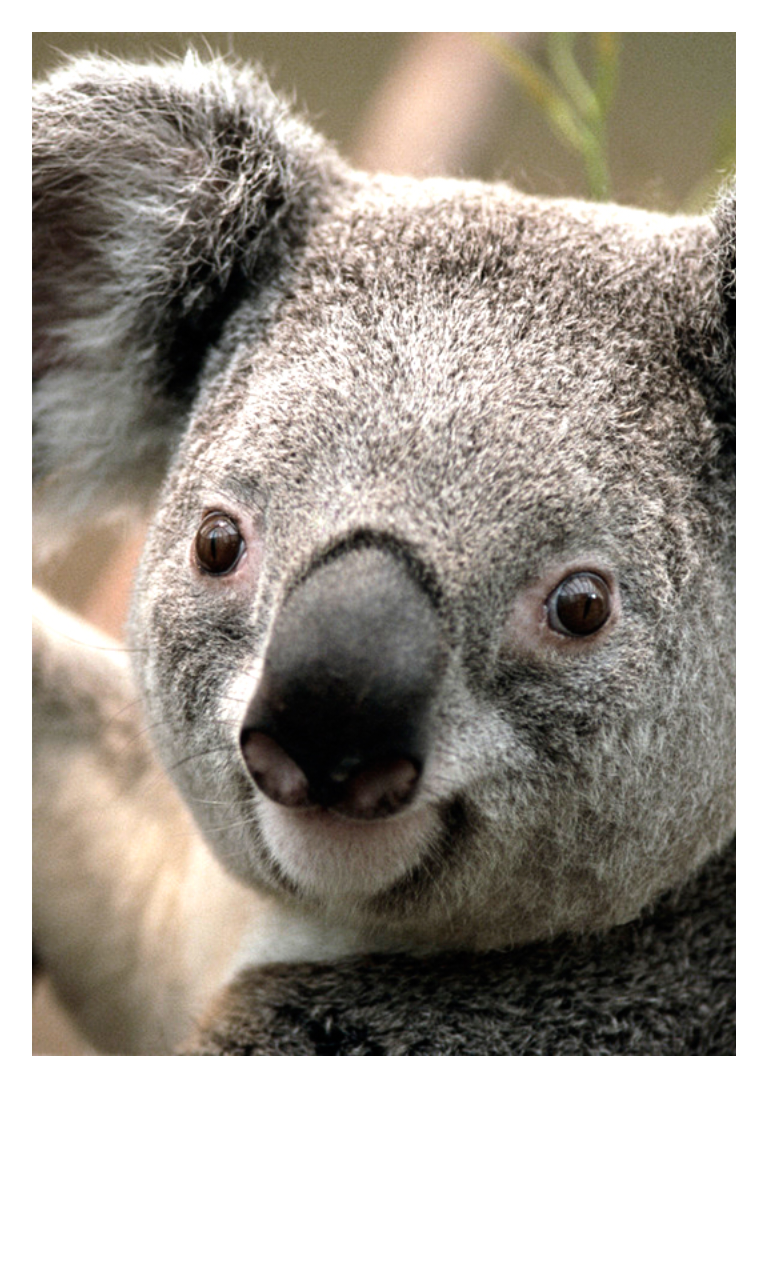
Repository: PunkAndroid/Android
Layout: android_baseimageview/res/layout/fragment_main.xml
An editor plug-in stored every save of this project. The layout is shown before and after the next save, followed by the edit.
It is drawn on a 768 x 1280 px phone screen (xhdpi) without system bars, with theme AppTheme; the app's code is not run.

Above is the layout before, as saved 2014-09-24 01:13:13.

### android_baseimageview/res/layout/fragment_main.xml
<RelativeLayout xmlns:android="http://schemas.android.com/apk/res/android"
    xmlns:tools="http://schemas.android.com/tools"
    android:layout_width="match_parent"
    android:layout_height="match_parent"
    android:paddingBottom="@dimen/activity_vertical_margin"
    android:paddingLeft="@dimen/activity_horizontal_margin"
    android:paddingRight="@dimen/activity_horizontal_margin"
    android:paddingTop="@dimen/activity_vertical_margin"
    tools:context="com.example.android_baseimageview.MainActivity$PlaceholderFragment" >

    <TextView
        android:layout_width="wrap_content"
        android:layout_height="wrap_content"
        android:text="scaleType: center 未缩放，放在imageview中心" />

    <ImageView
        android:id="@+id/imageview"
        android:layout_width="wrap_content"
        android:layout_height="wrap_content"
        android:background="#F00"
        android:src="@drawable/koala"
        android:scaleType="center"></ImageView>

</RelativeLayout>

Loaded but not shown: android_baseimageview/res/values/styles.xml (common file); android_baseimageview/res/values-v11/styles.xml (common file); android_baseimageview/res/values-v14/styles.xml (common file); android_baseimageview/res/values/dimens.xml (common file); android_baseimageview/res/values-w820dp/dimens.xml (common file)

After the next save:
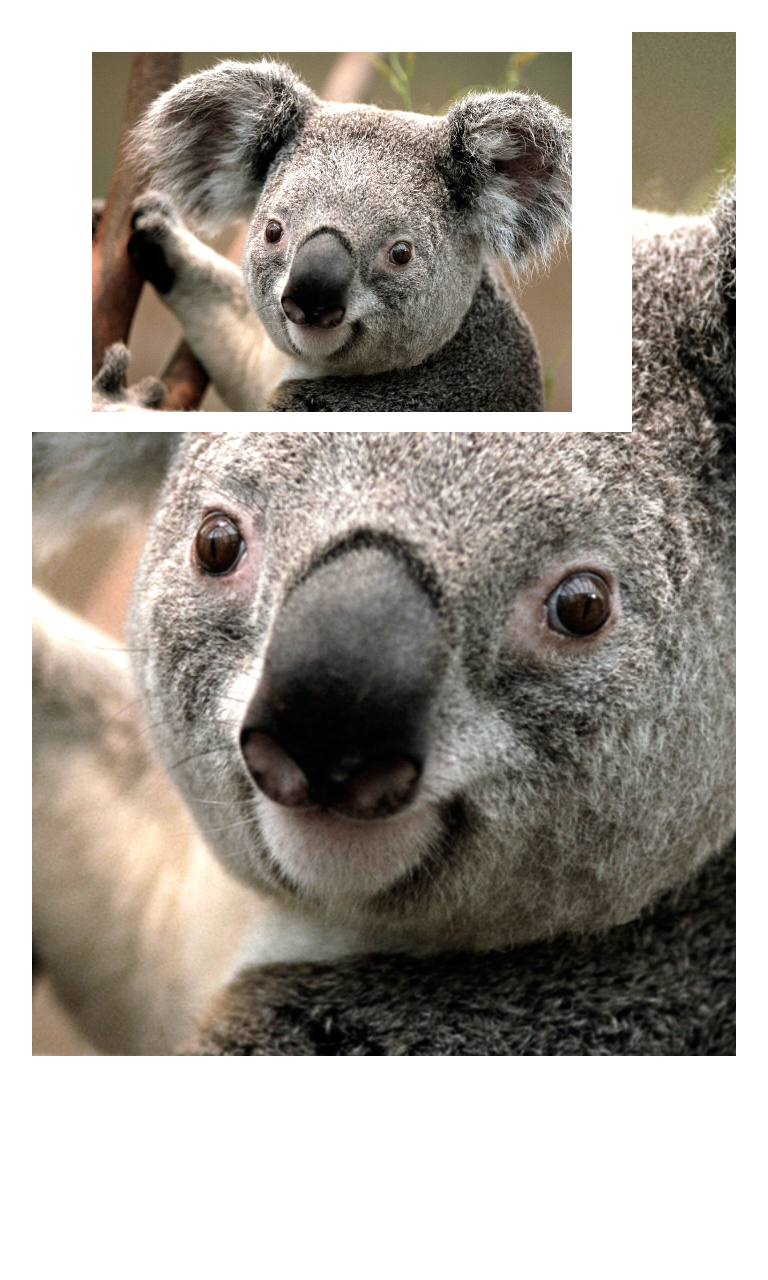
Saved 23 min 13 s later.
--- a/android_baseimageview/res/layout/fragment_main.xml
+++ b/android_baseimageview/res/layout/fragment_main.xml
@@ -9,7 +9,7 @@
     tools:context="com.example.android_baseimageview.MainActivity$PlaceholderFragment" >
 
     <TextView
-        android:layout_width="wrap_content"
+        android:layout_width="fill_parent"
         android:layout_height="wrap_content"
         android:text="scaleType: center 未缩放，放在imageview中心" />
 
@@ -21,4 +21,17 @@
         android:src="@drawable/koala"
         android:scaleType="center"></ImageView>
 
+     <TextView
+        android:layout_width="fill_parent"
+        android:layout_height="wrap_content"
+        android:layout_marginTop="20dp"
+        android:text="scaleType: fitCenter 按照比例缩放" />
+        <ImageView
+        android:id="@+id/imageview"
+        android:layout_width="300dp"
+        android:layout_height="200dp"
+        android:background="#FFF"
+        android:src="@drawable/koala"
+        android:scaleType="fitCenter"
+        android:padding="10dp"></ImageView>
 </RelativeLayout>
